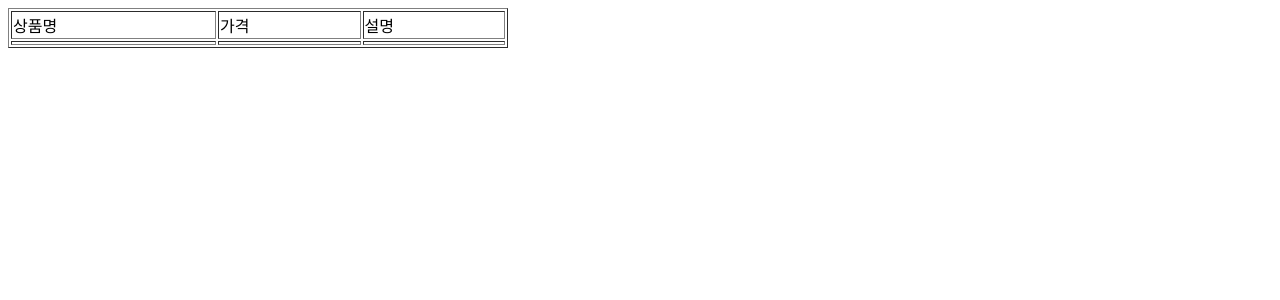
Repository: choogeonhwi/java-
Page: http://localhost/spring_test_item/content_view
These files come from the project's save history. The page is drawn as it stood at one moment and after a run of saves; the edit follows.
The browser window is 1280 px wide. The pictures show the whole page.
The page is served by Tomcat 9. Queries for data that is not in the repository find no rows.

Above is the page before, as saved 2024-01-10 03:14:00.

After the next 2 saves:
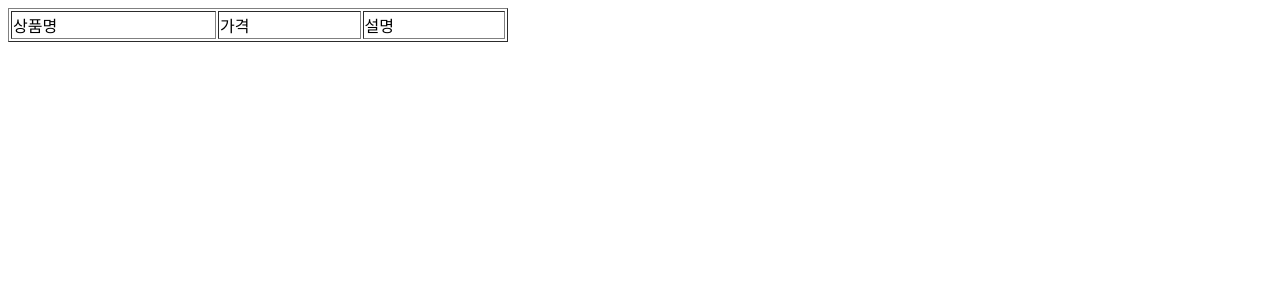
The 2 saves are shown as one change because they came seconds apart.
The last was saved 113 s later.
--- a/Spring/spring_test_item/src/main/webapp/WEB-INF/views/content_view.jsp
+++ b/Spring/spring_test_item/src/main/webapp/WEB-INF/views/content_view.jsp
@@ -1,6 +1,6 @@
 <%@ page language="java" contentType="text/html; charset=UTF-8"
     pageEncoding="UTF-8"%>
-<!DOCTYPE html>
+<%@ taglib prefix="c" uri="http://java.sun.com/jsp/jstl/core" %>
 <html>
 <head>
 <meta charset="UTF-8">
